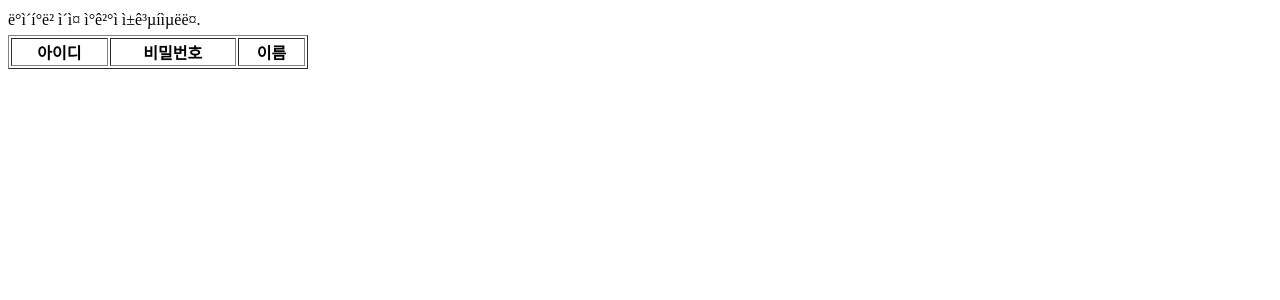
Repository: 6dreamhigh/jsp
Page: http://localhost/JSPBook/ch16/insert01_process.jsp
These files come from the project's save history. The page is drawn as it stood at one moment and after the next save; the edit follows.
The browser window is 1280 px wide. The pictures show the whole page.
The page is served by Tomcat 9. Queries for data that is not in the repository find no rows.

Above is the page before, as saved 2024-08-14 01:22:59.

### JSPBook/src/main/webapp/ch16/insert01_process.jsp
<%@ page language="java" contentType="text/html; charset=UTF-8"
    pageEncoding="UTF-8"%>
<%@page import ="java.sql.*" %>
<!DOCTYPE html>
<html>
<head>
<meta charset="UTF-8">
<title>Insert title here</title>
</head>
<body>
    <%@ include file = "connection.jsp" %>
 <table width = "300" border ="1">
      <tr>
         <th> 아이디</th>
         <th> 비밀번호</th>
         <th> 이름</th>
      </tr>

      <%
         ResultSet rs = null;
         Statement stmt = null;

         try{
            String sql = "select * from member";
            stmt = conn.createStatement();
            rs = stmt.executeQuery(sql);

            while (rs.next()) {
               String id = rs.getString("id");
               String pw = rs.getString("passwd");
               String name = rs.getString("name");
         %>

      <tr>
         <td><%=id %></td>
         <td><%= pw %> </td>
         <td><%= name %></td>
      </tr>

      <%
            }
         } catch(SQLException ex){
            out.println("member 테이블 호출이 실패했습니다<br>");
            out.println("SQLException: " + ex.getMessage());

         }finally {
            if(rs!=null)
               rs.close();
            if (stmt!= null)
               stmt.close();
            if (conn != null)
               conn.close();
         }
      %>

   </table>
</body>
</html>

### JSPBook/src/main/webapp/ch16/connection.jsp
<%@page import ="java.sql.*" %>

	<%
		Connection conn = null;
		String url= "jdbc:oracle:thin:@localhost:1521:xe";
		String user ="java";
		String password = "oracle";

		Class.forName("oracle.jdbc.OracleDriver");
		conn =DriverManager.getConnection(url, user, password);
		out.println("데이터베이스 연결에 성공했습니다.");

	%>

After the next save:
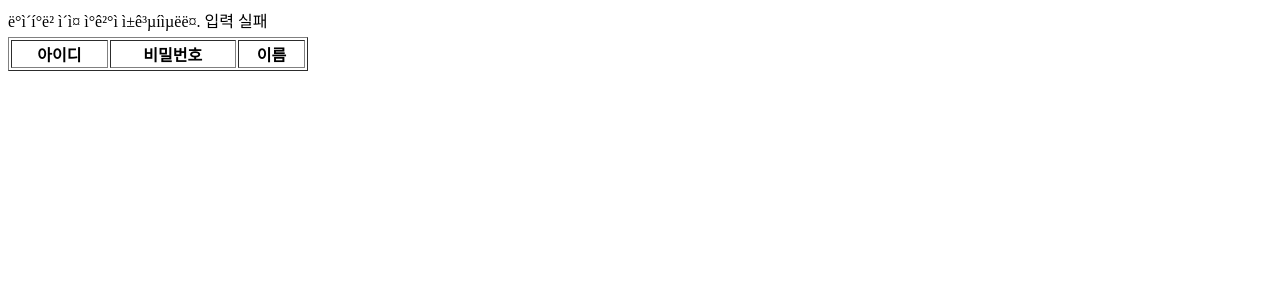
Saved 7 min 12 s later.
--- a/JSPBook/src/main/webapp/ch16/insert01_process.jsp
+++ b/JSPBook/src/main/webapp/ch16/insert01_process.jsp
@@ -9,50 +9,42 @@
 </head>
 <body>
     <%@ include file = "connection.jsp" %>
- <table width = "300" border ="1">
-      <tr>
-         <th> 아이디</th>
-         <th> 비밀번호</th>
-         <th> 이름</th>
-      </tr>
+    <table width="300" border="1">
+        <tr>
+            <th>아이디</th>
+            <th>비밀번호</th>
+            <th>이름</th>
+        </tr>
 
-      <%
-         ResultSet rs = null;
-         Statement stmt = null;
+        <%
+            request.setCharacterEncoding("UTF-8");
+            String id = request.getParameter("id");
+            String passwd = request.getParameter("passwd");
+            String name = request.getParameter("name");
 
-         try{
-            String sql = "select * from member";
-            stmt = conn.createStatement();
-            rs = stmt.executeQuery(sql);
+            PreparedStatement pstmt = null;
 
-            while (rs.next()) {
-               String id = rs.getString("id");
-               String pw = rs.getString("passwd");
-               String name = rs.getString("name");
-         %>
+            try {
+                String sql = "INSERT INTO member(id, passwd, name) VALUES (?, ?, ?)";
+                pstmt = conn.prepareStatement(sql);
+                pstmt.setString(1, id);
+                pstmt.setString(2, passwd);
+                pstmt.setString(3, name);
 
-      <tr>
-         <td><%=id %></td>
-         <td><%= pw %> </td>
-         <td><%= name %></td>
-      </tr>
+                int result = pstmt.executeUpdate();
 
-      <%
+                if(result > 0) {
+                    out.println("<tr><td>" + id + "</td><td>" + passwd + "</td><td>" + name + "</td></tr>");
+                    out.println("member table 입력 성공");
+                } else {
+                    out.println("입력 실패");
+                }
+            } catch (SQLException ex) {
+                out.println("SQLException : " + ex.getMessage());
+            } finally {
+                if(pstmt != null) try { pstmt.close(); } catch(SQLException ex) { out.println("SQLException : " + ex.getMessage()); }
             }
-         } catch(SQLException ex){
-            out.println("member 테이블 호출이 실패했습니다<br>");
-            out.println("SQLException: " + ex.getMessage());
-
-         }finally {
-            if(rs!=null)
-               rs.close();
-            if (stmt!= null)
-               stmt.close();
-            if (conn != null)
-               conn.close();
-         }
-      %>
-
-   </table>
+        %>
+    </table>
 </body>
 </html>
